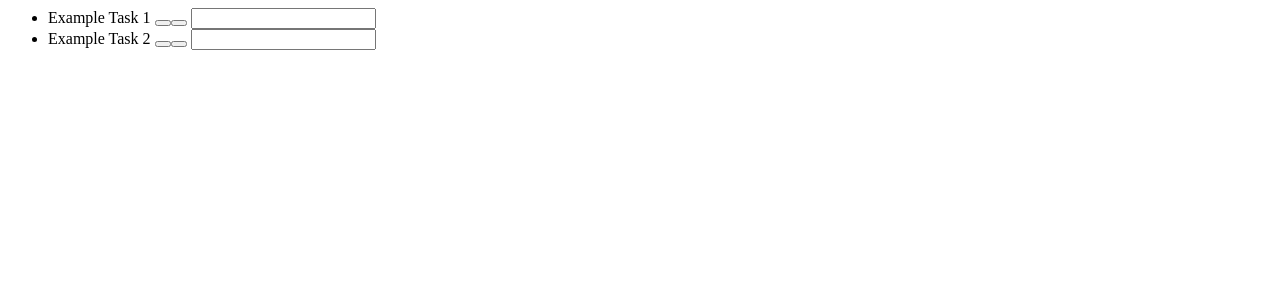
Repository: tbazouzi-durham/tbazouzi-durham.github.io
Page: Views/content/task-list.html
An editor plug-in stored every save of this project. The page is shown before and after the next save, followed by the edit.
The browser window is 1280 px wide. The pictures show the whole page.

Above is the page before, as saved 2022-03-23 18:03:57.

### Views/content/task-list.html
<ul class="list-group list-group-flush" id="taskList">

    <li class="list-group-item" id="task">
        <span id="taskText">Example Task 1</span>
        <span class="float-end">
            <button class="btn btn-outline-primary btn-sm editButton"><i class="fas fa-edit"></i>
                <button class="btn btn-outline-danger btn-sm deleteButton"><i class="fas fa-trash-alt"></i></button>
        </span>
        <input type="text" class="form-control edit-task editTextInput">
    </li>

    <li class="list-group-item" id="task">
        <span id="taskText">Example Task 2</span>
        <span class="float-end">
            <button class="btn btn-outline-primary btn-sm editButton"><i class="fas fa-edit"></i>
                <button class="btn btn-outline-danger btn-sm deleteButton"><i class="fas fa-trash-alt"></i></button>
        </span>
        <input type="text" class="form-control edit-task editTextInput">
    </li>
</ul>

After the next save:
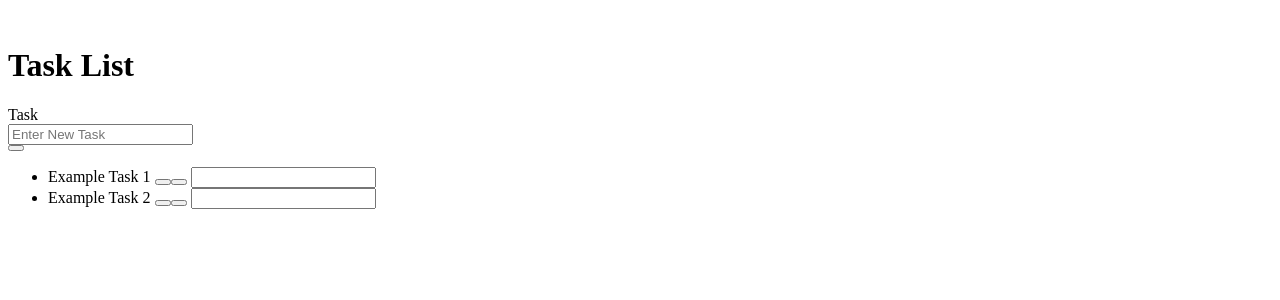
Saved 50 s later.
--- a/Views/content/task-list.html
+++ b/Views/content/task-list.html
@@ -1,20 +1,42 @@
-<ul class="list-group list-group-flush" id="taskList">
+<br />
+<div class="row">
+    <div class="offset-md-3 col-md-6 col-sm-12">
 
-    <li class="list-group-item" id="task">
-        <span id="taskText">Example Task 1</span>
-        <span class="float-end">
-            <button class="btn btn-outline-primary btn-sm editButton"><i class="fas fa-edit"></i>
-                <button class="btn btn-outline-danger btn-sm deleteButton"><i class="fas fa-trash-alt"></i></button>
-        </span>
-        <input type="text" class="form-control edit-task editTextInput">
-    </li>
+        <div class="login" id="contentArea">
+            <h1 class="display-4">Task List</h1>
+            <div id="messageArea"></div>
+            <div class="input-group mb-3">
+                <div class="input-group-prepend">
+                    <span class="input-group-text">Task</span>
+                </div>
+                <input type="text" class="form-control" id="taskTextInput" placeholder="Enter New Task">
+                <div class="input-group-append">
+                    <button class="btn btn-outline-primary" type="button" id="newTaskButton"><i
+                            class="fas fa-plus-circle"></i></button>
+                </div>
+            </div>
+            <ul class="list-group list-group-flush" id="taskList">
 
-    <li class="list-group-item" id="task">
-        <span id="taskText">Example Task 2</span>
-        <span class="float-end">
-            <button class="btn btn-outline-primary btn-sm editButton"><i class="fas fa-edit"></i>
-                <button class="btn btn-outline-danger btn-sm deleteButton"><i class="fas fa-trash-alt"></i></button>
-        </span>
-        <input type="text" class="form-control edit-task editTextInput">
-    </li>
-</ul>
+                <li class="list-group-item" id="task">
+                    <span id="taskText">Example Task 1</span>
+                    <span class="float-end">
+                        <button class="btn btn-outline-primary btn-sm editButton"><i class="fas fa-edit"></i>
+                            <button class="btn btn-outline-danger btn-sm deleteButton"><i
+                                    class="fas fa-trash-alt"></i></button>
+                    </span>
+                    <input type="text" class="form-control edit-task editTextInput">
+                </li>
+
+                <li class="list-group-item" id="task">
+                    <span id="taskText">Example Task 2</span>
+                    <span class="float-end">
+                        <button class="btn btn-outline-primary btn-sm editButton"><i class="fas fa-edit"></i>
+                            <button class="btn btn-outline-danger btn-sm deleteButton"><i
+                                    class="fas fa-trash-alt"></i></button>
+                    </span>
+                    <input type="text" class="form-control edit-task editTextInput">
+                </li>
+            </ul>
+        </div>
+    </div>
+</div>
